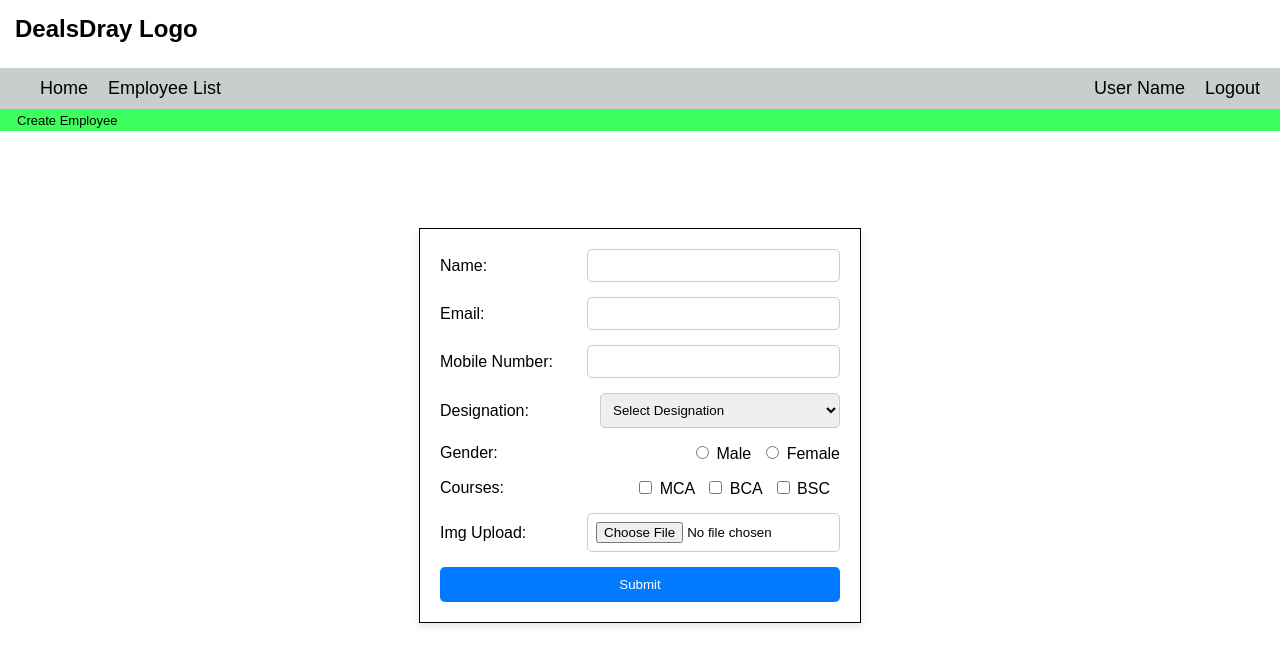
Repository: Mahanandapadavale123/dealsdray
Page: /employees/create (app in frontend/)
An editor plug-in stored every save of this project. The page is shown before and after the next save, followed by the edit.
The browser window is 1280 px wide. The pictures show the whole page.
The page's requests for data from a server got no answer. The project was rebuilt for these pictures with package versions that can differ from the ones it lists, and the page was loaded fresh each time. No one was signed in, and anything a server would have sent is missing. Also part of the build but not shown: frontend/src/css/login.module.css, frontend/src/views/login.jsx, frontend/src/css/employee.css, frontend/src/views/EmployeeList.jsx, frontend/src/views/dashboard.jsx.

Above is the page before, as saved 2024-09-19 21:00:30.

After the next save:
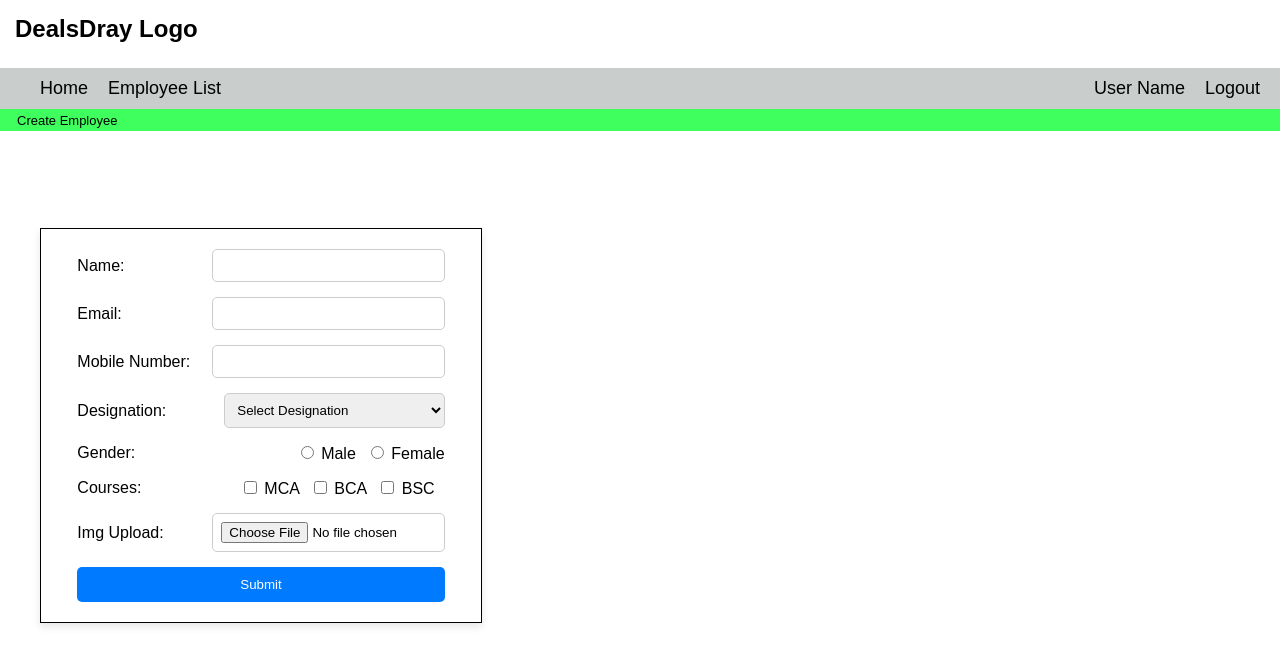
Saved 55 s later.
--- a/frontend/src/css/create.css
+++ b/frontend/src/css/create.css
@@ -1,4 +1,4 @@
-.container {
+.card {
   display: flex;
   justify-content: center;
   align-items: center;
